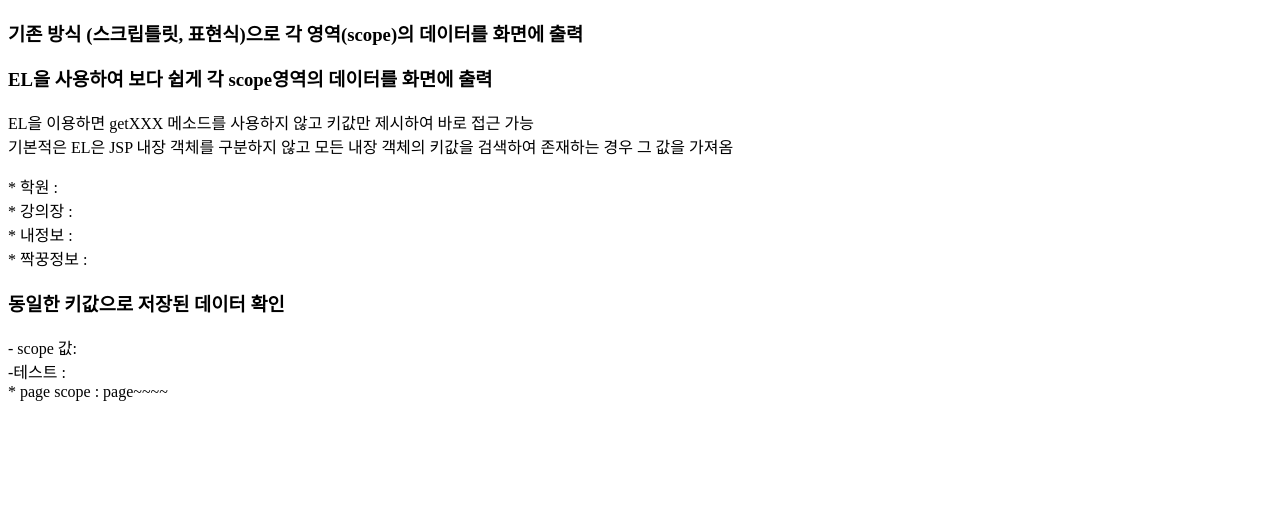
Repository: kkh1396/kh_front
Page: http://localhost/2_jsp/views/2_EL/1_el.jsp
These files come from the project's save history. The page is drawn as it stood at one moment and after the next save; the edit follows.
The browser window is 1280 px wide. The pictures show the whole page.
The page is served by Tomcat 9. Nobody is signed in. The application's start-up code is not run. The template is opened directly, without the code that normally fills it, so the values that code supplies are empty.

Above is the page before, as saved 2025-03-20 03:39:38.

After the next save:
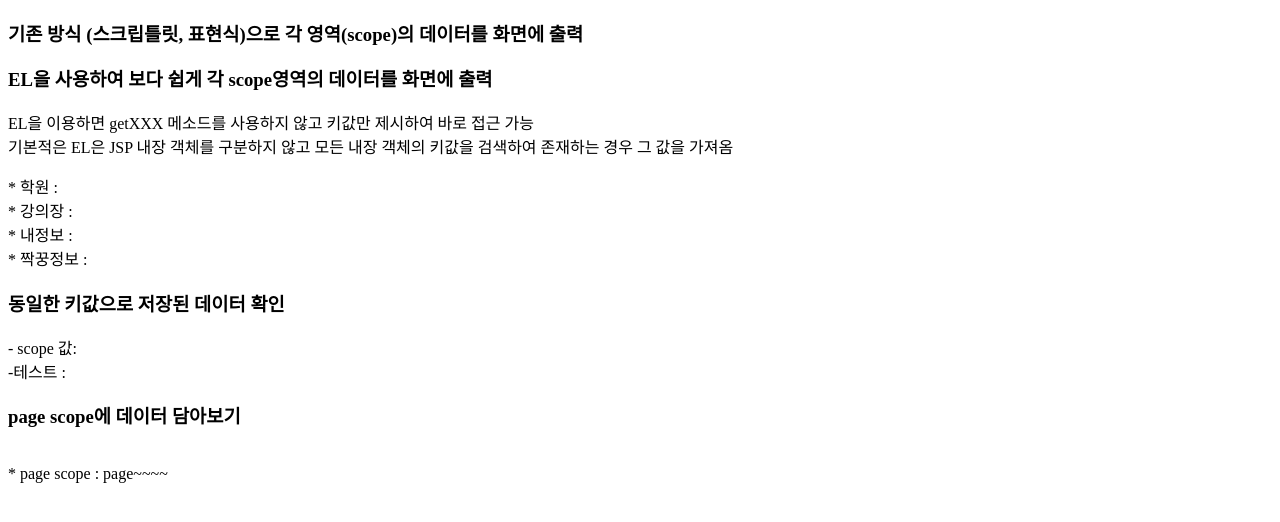
Saved 20 s later.
--- a/05_server/2_jsp/src/main/webapp/views/2_EL/1_el.jsp
+++ b/05_server/2_jsp/src/main/webapp/views/2_EL/1_el.jsp
@@ -61,6 +61,7 @@
 	  <br>
 	  -테스트 : ${ test } <!-- 키값에 해당하는 값이 없을 경우 빈 값으로 표시 -->
 
+	  <h3>page scope에 데이터 담아보기</h3>
 	  <%
 	     pageContext.setAttribute("scope", "page~~~~");
 	  %>
